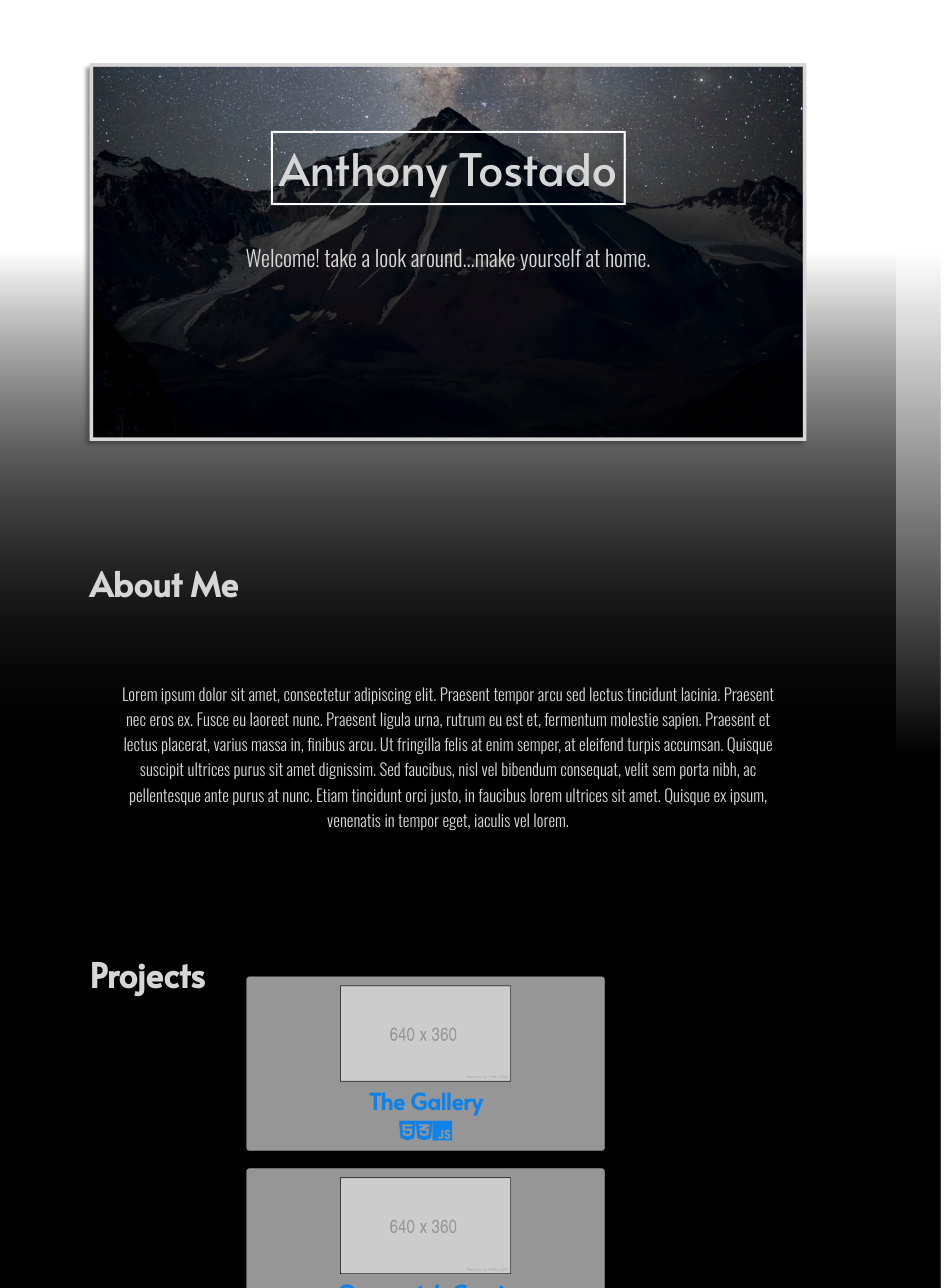
Repository: sloppytony/newport
Page: / (app in portfolio/)
An editor plug-in stored every save of this project. The page is shown before and after the next save, followed by the edit.
The browser window is 1280 px wide. The page is 1344 px wide, then 1357 px, so the pictures cover 1357 px, including what lies to the right of the window. The pictures show the part of the page from y = 0 to 1840 px (the page is 3600 px tall), at 70% of full size.
Some web libraries are served in a nearby version. The project was rebuilt for these pictures with package versions that can differ from the ones it lists, and the page was loaded fresh each time. Also part of the build but not shown: portfolio/src/index.css.

Above is the page before, as saved 2020-08-23 19:18:16.

### portfolio/public/index.html
<!DOCTYPE html>
<html lang="en">
  <head>
    <meta charset="utf-8" />
    <link rel="icon" href="%PUBLIC_URL%/favicon.ico" />
    <meta name="viewport" content="width=device-width, initial-scale=1" />
    <meta name="theme-color" content="#000000" />
    <meta
      name="description"
      content="Web site created using create-react-app"
    />
    <link rel="apple-touch-icon" href="%PUBLIC_URL%/logo192.png" />
    <!--
      manifest.json provides metadata used when your web app is installed on a
      user's mobile device or desktop. See https://developers.google.com/web/fundamentals/web-app-manifest/
    -->
    <link rel="manifest" href="%PUBLIC_URL%/manifest.json" />
    <!--
      Notice the use of %PUBLIC_URL% in the tags above.
      It will be replaced with the URL of the `public` folder during the build.
      Only files inside the `public` folder can be referenced from the HTML.

      Unlike "/favicon.ico" or "favicon.ico", "%PUBLIC_URL%/favicon.ico" will
      work correctly both with client-side routing and a non-root public URL.
      Learn how to configure a non-root public URL by running `npm run build`.
    -->
    <link
      href="https://fonts.googleapis.com/css2?family=Alata&family=Oswald:wght@300&display=swap"
      rel="stylesheet"
    />
    <script
      src="https://kit.fontawesome.com/9a01f23326.js"
      crossorigin="anonymous"
    ></script>
    <title>React App</title>
  </head>
  <body>
    <noscript>You need to enable JavaScript to run this app.</noscript>
    <div id="root"></div>
    <!--
      This HTML file is a template.
      If you open it directly in the browser, you will see an empty page.

      You can add webfonts, meta tags, or analytics to this file.
      The build step will place the bundled scripts into the <body> tag.

      To begin the development, run `npm start` or `yarn start`.
      To create a production bundle, use `npm run build` or `yarn build`.
    -->
  </body>
</html>

### portfolio/src/App.js
import React from "react";

import "./App.css";

function App() {
  return (
    <body>
      <div className="section1">
        <div className="section1-container">
          <h1 className="mainTitle">Anthony Tostado</h1>
          <p className="mainPara">
            Welcome! take a look around...make yourself at home.
          </p>
          <h2 className="scroll">Scroll</h2>
        </div>
      </div>
      <div className="section2">
        <h1 className="title">About Me</h1>
        <p className="aboutPara">
          Lorem ipsum dolor sit amet, consectetur adipiscing elit. Praesent
          tempor arcu sed lectus tincidunt lacinia. Praesent nec eros ex. Fusce
          eu laoreet nunc. Praesent ligula urna, rutrum eu est et, fermentum
          molestie sapien. Praesent et lectus placerat, varius massa in, finibus
          arcu. Ut fringilla felis at enim semper, at eleifend turpis accumsan.
          Quisque suscipit ultrices purus sit amet dignissim. Sed faucibus, nisl
          vel bibendum consequat, velit sem porta nibh, ac pellentesque ante
          purus at nunc. Etiam tincidunt orci justo, in faucibus lorem ultrices
          sit amet. Quisque ex ipsum, venenatis in tempor eget, iaculis vel
          lorem.{" "}
        </p>
      </div>
      <div className="section3">
        <h1 className="title">Projects</h1>
        <div className="projectContent">
          <div className="card1">
            <img
              className="cardImage"
              src={require("../src/img/640x360.png")}
            ></img>
            <h1 className="cardTitle">The Gallery</h1>
            <div className="icons">
              <i className="fab fa-html5 fa-2x"></i>
              <i className="fab fa-css3-alt fa-2x"></i>
              <i className="fab fa-js fa-2x"></i>
            </div>
          </div>
          <div className="card2">
            <img
              className="cardImage"
              src={require("../src/img/640x360.png")}
            ></img>
            <h1 className="cardTitle">Overwatch Comic</h1>
            <div className="icons">
              <i className="fab fa-html5 fa-2x"></i>
              <i className="fab fa-css3-alt fa-2x"></i>
              <i className="fab fa-js fa-2x"></i>
            </div>
          </div>
          <div className="card3">
            <img
              className="cardImage"
              src={require("../src/img/640x360.png")}
            ></img>
            <h1 className="cardTitle">Restaurant Template</h1>
            <div className="icons">
              <i className="fab fa-html5 fa-2x"></i>
              <i className="fab fa-css3-alt fa-2x"></i>
              <i className="fab fa-js fa-2x"></i>
            </div>
          </div>
        </div>
      </div>
      <div className="section4">
        <h1 className="title">Contact</h1>
        <div className="contactIcons">
          <i className="fas fa-envelope fa-3x">
            <h1 className="contact">anthonywebdev@protonmail.com</h1>
          </i>
          <i className="fab fa-github fa-3x">
            <h1 className="contact">Github</h1>
          </i>
        </div>
      </div>
    </body>
  );
}

export default App;

### portfolio/src/App.css
* {
  margin: 0;
  padding: 0;
  box-sizing: border-box;
}

body {
  background: linear-gradient(
    180deg,
    rgba(0, 0, 0, 0) 10%,
    rgba(0, 0, 0, 1) 30%
  );

  height: 500vh;
}

.image {
  width: 100%;
  height: 100%;
}

/*opening page*/
.section1 {
  height: 100vh;
  width: 100%;
  display: flex;
  justify-content: center;
  align-items: center;
  flex-direction: column;
}

div.section1-container {
  width: 80%;
  height: 75vh;
  background: url("./img/mountainspace.jfif");
  background-size: cover;
  background-position: bottom;
  display: flex;
  justify-content: center;
  align-items: center;
  flex-direction: column;
  box-shadow: -5px 5px 5px rgba(44, 44, 44, 0.5);
  border: 5px solid rgb(214, 214, 214);
}

.mainTitle {
  font-family: "Alata", sans-serif;
  font-weight: 100;
  font-size: 400%;
  display: flex;
  justify-content: center;
  align-items: center;
  text-align: center;
  color: rgb(214, 214, 214);

  animation: fadeIn 1.5s;
  border: 3px solid white;
  width: 50%;
  height: 20%;
}

.mainPara {
  font-family: "Oswald", sans-serif;
  font-size: 200%;
  display: flex;
  align-items: center;
  text-align: center;
  color: rgb(214, 214, 214);
  padding: 5%;
  text-shadow: -5px 5px 5px rgba(44, 44, 44, 0.5);
  animation: fadeIn 1.5s;
}

.scroll {
  font-family: "Oswald", sans-serif;
  font-size: 300%;
  padding-bottom: 2%;
  animation: pulse 2.5s infinite;
  color: rgb(214, 214, 214);
}

/*about*/
.section2 {
  height: 75vh;
  width: 100%;
  overflow: hidden;
  display: flex;
  align-items: center;
  justify-content: center;
  flex-direction: column;
  margin-bottom: 10%;
}

h1.title {
  height: 20%;
  width: 80%;

  font-family: "Alata", sans-serif;
  font-size: 300%;
  color: rgb(214, 214, 214);
}

p.aboutPara {
  width: 75%;
  height: 20vh;
  text-align: center;
  margin: 5%;
  font-size: 150%;
  font-family: "Oswald", sans-serif;
  color: rgb(214, 214, 214);
}

/*projects*/
.section3 {
  height: 100vh;
  width: 100%;

  color: rgb(16, 130, 230);
  display: flex;
  justify-content: center;
  align-items: center;
  flex-direction: column;
}

div.projectContent {
  width: 100%;
  height: 99vh;
  display: flex;
  align-items: center;
  justify-content: center;
  flex-direction: column;
  margin-right: 10%;
}

div.card1 {
  height: 50%;
  width: 40%;
  display: flex;
  justify-content: center;
  align-items: center;
  flex-direction: column;
  background: rgb(214, 214, 214, 0.7);
  border-radius: 5px 5px 5px;
  margin-left: 5%;
  padding: 1%;
  margin-top: 2%;
}

div.card2 {
  height: 50%;
  width: 40%;
  display: flex;
  justify-content: center;
  align-items: center;
  flex-direction: column;
  background: rgb(214, 214, 214, 0.7);
  border-radius: 5px 5px 5px;
  margin-left: 5%;
  padding: 1%;
  margin-top: 2%;
}

div.card3 {
  height: 50%;
  width: 40%;
  display: flex;
  justify-content: center;
  align-items: center;
  flex-direction: column;
  background: rgb(214, 214, 214, 0.7);
  border-radius: 5px 5px 5px;
  margin-left: 5%;
  padding: 1%;
  margin-top: 2%;
}

img.cardImage {
  width: 50%;
  border: 1px solid black;
}

h1.cardTitle {
  margin: 1%;
  font-size: 300;
  font-family: "Alata", sans-serif;
}

/*contact*/
div.section4 {
  height: 50vh;
  width: 100%;
  background: brown;
  margin-top: 6%;
  margin-left: 5%;
}

div.contactIcons {
  height: 30vh;
  display: flex;
  justify-content: space-around;
  align-items: baseline;
  flex-direction: column;
  padding-left: 5%;
  color: rgb(214, 214, 214);
}

.contact {
  font-family: "Oswald", sans-serif;
  font-size: larger;
}

@keyframes fadeIn {
  from {
    opacity: 0;
  }
  to {
    opacity: 1;
  }
}

@keyframes pulse {
  0% {
    opacity: 0;
  }

  50% {
    opacity: 1;
  }
  100% {
    opacity: 0;
  }
}

Loaded but not shown: portfolio/src/index.js (common file); portfolio/src/serviceWorker.js (common file)

After the next save:
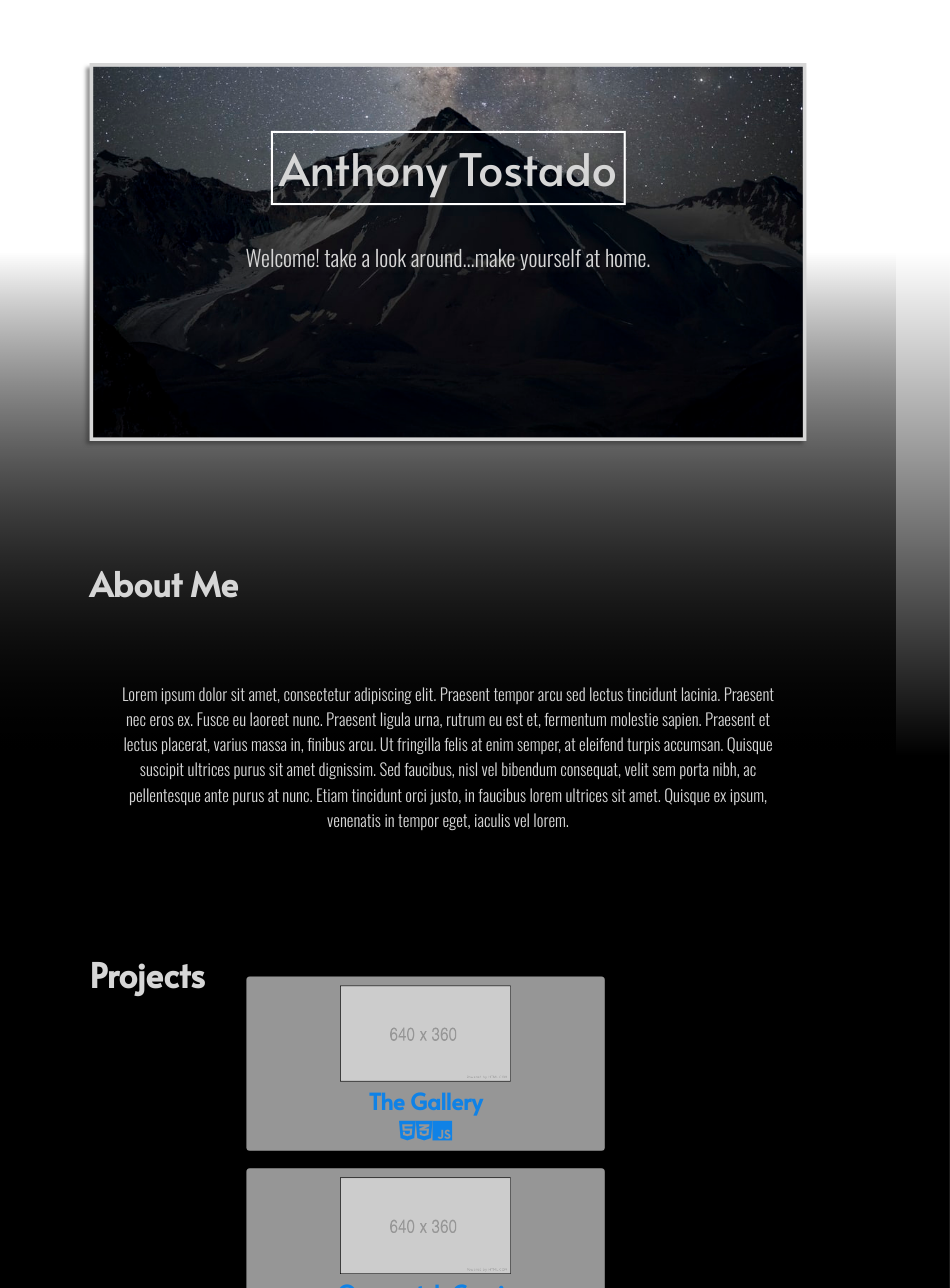
Saved 18 s later.
--- a/portfolio/src/App.css
+++ b/portfolio/src/App.css
@@ -191,7 +191,7 @@ div.section4 {
   width: 100%;
   background: brown;
   margin-top: 6%;
-  margin-left: 5%;
+  margin-left: 6%;
 }
 
 div.contactIcons {
